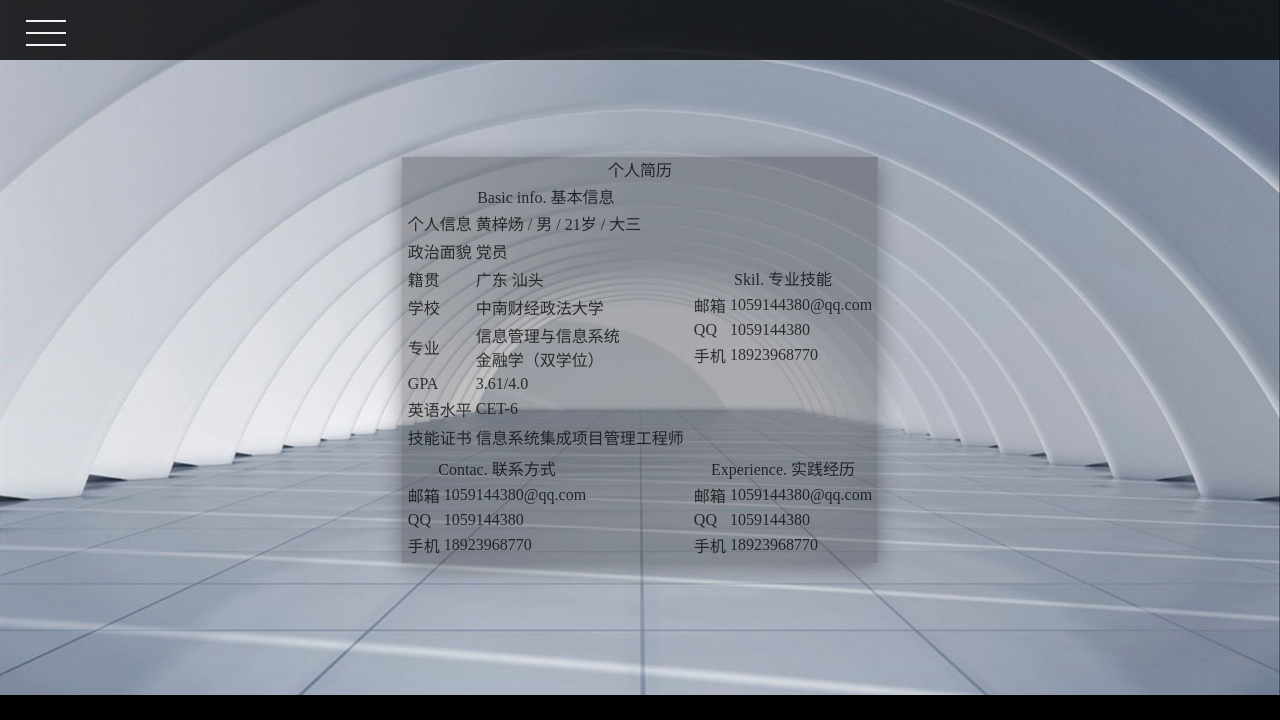
Repository: ustc-hzy/ziYang
Page: resume.html
These files come from the project's save history. The page is drawn as it stood at one moment and after the next save; the edit follows.
The browser window is 1280 px wide. The pictures show the whole page.

Above is the page before, as saved 2020-06-18 00:17:41.

### resume.html
<!DOCTYPE html>
<html lang="en">
<head>
    <meta charset="UTF-8">
    <meta name="viewport" content="width=device-width, initial-scale=1.0">
    <link rel="stylesheet" href="css/style.css" type="text/css">
    <title>个人简历</title>
</head>
<body>
    <header>
        <!-- 主体内容 -->
        <div class="inner">
            <!-- 用于控制菜单栏开关 -->
            <input type="checkbox" id="ham">
            <!-- 菜单栏icon -->
            <label for="ham">
                <div class="hamburger-container">
                    <span></span>
                    <span></span>
                    <span></span>
                </div>
            </label>
            <!-- 菜单栏各项 -->
            <nav>
                <ul>
                    <li><a href="index.html">网站首页</a></li>
                    <li><a href="resume.html">个人简历</a></li>
                    <li><a href="album.html">旅行相册</a></li>
                    <li><a href="asset.html">PS作品集</a></li>
                    <li><a href="episode.html">剧集收藏</a></li>
                </ul>
            </nav>
            <!-- 打开菜单栏的遮罩 -->
            <div class="mask"></div>
        </div>

        <div class="content-container">
            <table>
                <caption><div>个人简历</div></caption>
                <tr>
                    <td>
                        <table>
                            <caption><div>Basic info. 基本信息</div></caption>
                            <tr>
                                <td>个人信息</td>
                                <td>黄梓炀 / 男 / 21岁 / 大三</td>
                            </tr>
                            <tr>
                                <td>政治面貌</td>
                                <td>党员</td>
                            </tr>
                            <tr>
                                <td>籍贯</td>
                                <td>广东 汕头</td>
                            </tr>
                            <tr>
                                <td>学校</td>
                                <td>中南财经政法大学</td>
                            </tr>
                            <tr>
                                <td>专业</td>
                                <td>
                                    <div>信息管理与信息系统</div>
                                    <div>金融学（双学位）</div>
                                </td>
                            </tr>
                            <tr>
                                <td>GPA</td>
                                <td>3.61/4.0</td>
                            </tr>
                            <tr>
                                <td>英语水平</td>
                                <td>CET-6</td>
                            </tr>
                            <tr>
                                <td>技能证书</td>
                                <td>信息系统集成项目管理工程师</td>
                            </tr>
                        </table>
                    </td>
                    <td>
                        <table>
                            <caption><div>Skil. 专业技能</div></caption>
                            <tr>
                                <td>邮箱</td>
                                <td>1059144380@qq.com</td>
                            </tr>
                            <tr>
                                <td>QQ</td>
                                <td>1059144380</td>
                            </tr>
                            <tr>
                                <td>手机</td>
                                <td>18923968770</td>
                            </tr>
                        </table>
                    </td>
                </tr>
                <tr>
                    <td>
                        <table>
                            <caption><div>Contac. 联系方式</div></caption>
                            <tr>
                                <td>邮箱</td>
                                <td>1059144380@qq.com</td>
                            </tr>
                            <tr>
                                <td>QQ</td>
                                <td>1059144380</td>
                            </tr>
                            <tr>
                                <td>手机</td>
                                <td>18923968770</td>
                            </tr>
                        </table>
                    </td>
                    <td>
                        <table>
                            <caption><div>Experience. 实践经历</div></caption>
                            <tr>
                                <td>邮箱</td>
                                <td>1059144380@qq.com</td>
                            </tr>
                            <tr>
                                <td>QQ</td>
                                <td>1059144380</td>
                            </tr>
                            <tr>
                                <td>手机</td>
                                <td>18923968770</td>
                            </tr>
                        </table>
                    </td>
                </tr>
            </table>
        </div>
    </header>
</body>
</html>

### css/style.css
body {
    height: 100%;
    width: 100%;
    margin: 0 auto;
    padding: 0 0 ;
    background-color: #000000;
    background-image: url(../img/user_bg.jpg);
    background-repeat: no-repeat;
    background-size: cover;
    overflow: auto;
}
header{
    height: 60px;
    background-color: #000000;
    opacity: 0.8;
}
.inner{
    width: 96%;
    margin: auto;
}
#ham{
    display: none;
}
/* 当chexkbox选中时，改变第一条线 */
#ham:checked + label .hamburger-container span:nth-child(1){
    transform: rotate(45deg);
    top: 11px;
    transition: transform .3s ease-in-out, top .3s ease-in-out 3s;
}
/* 当chexkbox选中时，第二条线消失 */
#ham:checked + label .hamburger-container span:nth-child(2){
    opacity: 0;
}
/* 当chexkbox选中时，改变第三条线 */
#ham:checked + label .hamburger-container span:nth-child(3){
    transform: rotate(-45deg);
    top: -11px;
    transition: transform .3s ease-in-out, top .3s ease-in-out 3s;
}
.hamburger-container span:nth-child(2){
    margin-top: 10px;
    transition: opacity .1s ease-in-out .1s;
}
.hamburger-container span:nth-child(3){
    margin-top: 10px;
}
.hamburger-container{
    display: block;
    width: 40px;
    height: 40px;
    position: relative;
    top: 20px;
    z-index: 100;
}
.hamburger-container span{
    display: block;
    height: 2px;
    background-color: #fff;
    position: relative;
    transition: transform .3s ease-in-out, top .3s ease-in-out .3s;
}
nav{
    position: absolute;
    z-index: 100;
    color: #fff;
    top: 50px;
    transform: scaleY(0); /* 垂直方向缩小到0，即关闭 */
    transition: all .3s ease-in-out;
    transform-origin: 50% 0; /* 将中心点移到顶部 */
    opacity: 0; /* 渐入渐出效果 */
}
/* 当chexkbox选中时，展示nav */
#ham:checked ~ nav{
    transform: scaleY(1); /* 垂直方向扩大到1，即打开 */
    opacity: 1;
    transition: all .3s ease-in-out;
}
.mask {
    width: 100vw;
    height: 100vh;
    position: fixed;
    top: 0;
    left: 0;
    background: #000000;
    opacity: 0;
    z-index: 10; /* 防止遮住要显示的部分 */
    transform: scaleY(0);
    transform-origin: 50% 0;
    transition: all .3s ease-in-out;
}
#ham:checked ~ .mask{
    opacity: 1;
    transform: scaleY(1);
    transition: all .3s ease-in-out;
}
ul{
    position: relative;
    right: 40px;
    margin-top: 2em;
    list-style-type:none;
    font-size: 35px;
}
ul li{
    margin-top: 1em;
}
ul li:hover{
    transform: scale(1.2, 1.2); /* transform从元素中心开始变化，不会影响到其他元素 */
    /* background-color:  rgba(255,255,255,0.1);
    padding: 10px 20px; */
}
.content-container{
    position: absolute;
    top: 50%;
    left: 50%;
    transform: translate(-50%,-50%);
    z-index: 1;
    background-color: rgba(0,0,0,0.3); /* 此处使用opacity会让文字也变透明 */
    box-shadow: 0 5px 20px rgba(26,26,26,0.5);
}
.mid-name{
    color: #fff;
    font-size: 50px;
    border: 8px solid #fff;
    padding: 40px;
    text-align: center;
}
.mid-name .id{
    margin-top: 10px;
    font-size: 40px;
}
a{
    text-decoration: none;
    color: #ffffff;
}

After the next save:
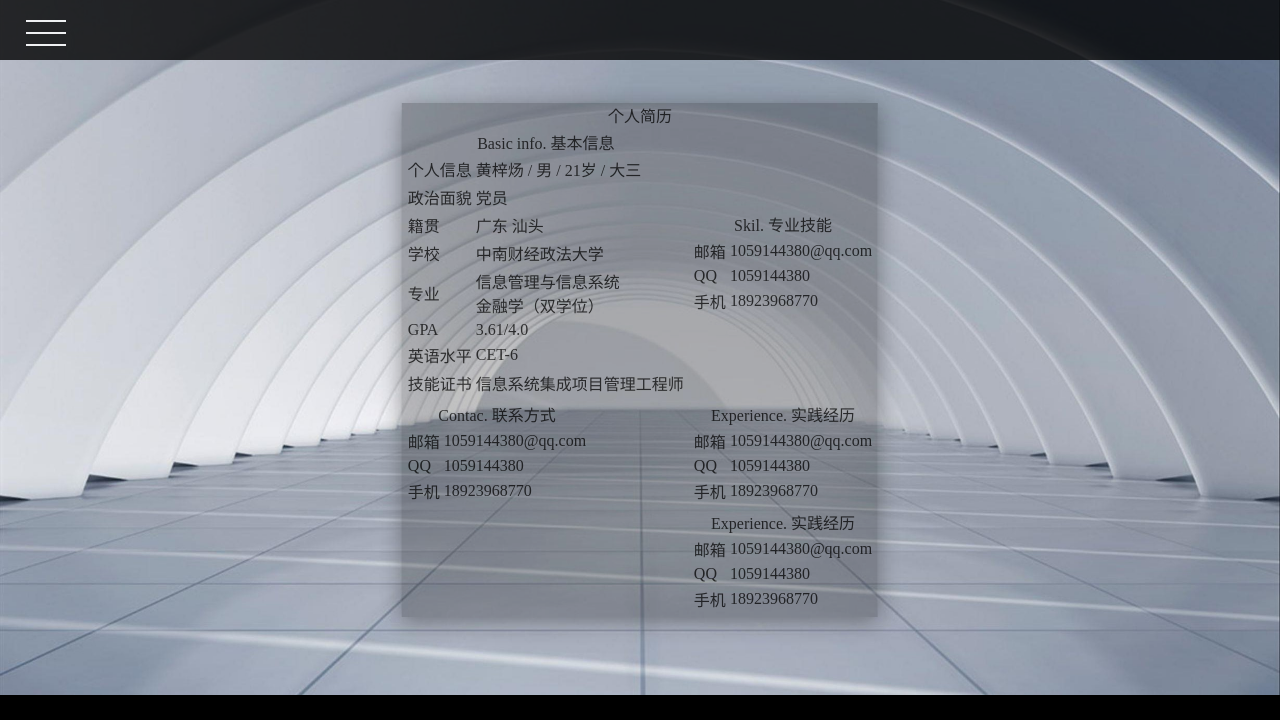
Saved 20 s later.
--- a/resume.html
+++ b/resume.html
@@ -132,6 +132,26 @@
                         </table>
                     </td>
                 </tr>
+                <tr>
+                    <td></td>
+                    <td>
+                        <table>
+                            <caption><div>Experience. 实践经历</div></caption>
+                            <tr>
+                                <td>邮箱</td>
+                                <td>1059144380@qq.com</td>
+                            </tr>
+                            <tr>
+                                <td>QQ</td>
+                                <td>1059144380</td>
+                            </tr>
+                            <tr>
+                                <td>手机</td>
+                                <td>18923968770</td>
+                            </tr>
+                        </table>
+                    </td>
+                </tr>
             </table>
         </div>
     </header>
